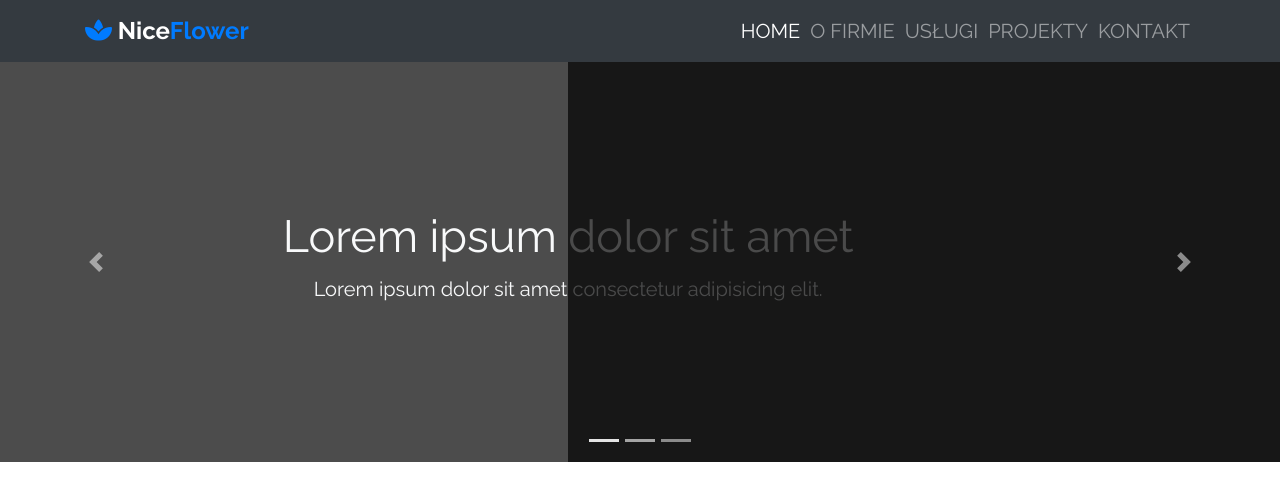
Repository: KrzysKolo/Projekt-13_Kwiaciarnia
Page: index.html
These files come from the project's save history. The page is drawn as it stood at one moment and after the next save; the edit follows.
The browser window is 1280 px wide. The pictures show the whole page.
Some web libraries are served in a nearby version.

Above is the page before, as saved 2020-08-08 07:44:45.

### index.html
<!DOCTYPE html>
<html lang="pl">
  <head>
    <meta charset="UTF-8" />
    <meta name="viewport" content="width=device-width, initial-scale=1.0" />
    <title>Nice-Flower</title>
    <script
      src="https://kit.fontawesome.com/21efeaf281.js"
      crossorigin="anonymous"
    ></script>

    <link
      rel="stylesheet"
      href="https://stackpath.bootstrapcdn.com/bootstrap/4.5.0/css/bootstrap.min.css"
      integrity="sha384-9aIt2nRpC12Uk9gS9baDl411NQApFmC26EwAOH8WgZl5MYYxFfc+NcPb1dKGj7Sk"
      crossorigin="anonymous"
    />
    <link
      href="https://fonts.googleapis.com/css2?family=Raleway:wght@400;700&display=swap"
      rel="stylesheet"
    />
    <link rel="stylesheet" href="style.css" />
  </head>
  <body>
    <nav class="navbar navbar-expand-lg navbar-dark bg-dark py-3">
      <div class="container">
        <a class="navbar-brand" href="#"
          ><i class="fas fa-spa text-primary"></i> Nice<span
            class="text-primary"
            >Flower</span
          ></a
        >
        <button
          class="navbar-toggler border-0"
          type="button"
          data-toggle="collapse"
          data-target="#navbarNavAltMarkup"
          aria-controls="navbarNavAltMarkup"
          aria-expanded="false"
          aria-label="Toggle navigation"
        >
          <i class="fas fa-bars px-4"></i>
        </button>
        <div class="collapse navbar-collapse" id="navbarNavAltMarkup">
          <div class="navbar-nav ml-auto">
            <a class="nav-link active" href="#"
              >Home <span class="sr-only">(current)</span></a
            >
            <a class="nav-link" href="abouteus.html">O firmie</a>
            <a class="nav-link" href="services.html">Usługi</a>
            <a class="nav-link" href="projects.html">Projekty</a>
            <a class="nav-link" href="contact.html">Kontakt</a>
          </div>
        </div>
      </div>
    </nav>

    <!-- HEADER -->

    <header>
      <div
        id="carouselExampleCaptions"
        class="carousel slide"
        data-ride="carousel"
      >
        <ol class="carousel-indicators">
          <li
            data-target="#carouselExampleCaptions"
            data-slide-to="0"
            class="active"
          ></li>
          <li data-target="#carouselExampleCaptions" data-slide-to="1"></li>
          <li data-target="#carouselExampleCaptions" data-slide-to="2"></li>
        </ol>
        <div class="carousel-inner text-dark text-center">
          <div class="carousel-item carousel-img-one active">
            <div
              class="carousel-text h-100 p-5 d-flex flex-column justyfy-content-end justify-content-md-center align-items-center"
            >
              <div class="hero-shadow"></div>
              <p class="display-3 text-light">Lorem ipsum dolor sit amet</p>
              <p class="d-none d-sm-block text-light">
                Lorem ipsum dolor sit amet consectetur adipisicing elit.
              </p>
            </div>
          </div>
          <div class="carousel-item carousel-img-two">
            <div
              class="carousel-text h-100 p-5 d-flex flex-column justyfy-content-end justify-content-md-center align-items-center"
            >
              <div class="hero-shadow"></div>
              <p class="display-3 text-light">Lorem ipsum dolor sit amet</p>
              <p class="d-none d-sm-block text-light">
                Lorem ipsum dolor sit amet consectetur adipisicing elit.
              </p>
            </div>
          </div>
          <div class="carousel-item carousel-img-three">
            <div
              class="carousel-text h-100 p-5 d-flex flex-column justyfy-content-end justify-content-md-center align-items-center"
            >
              <div class="hero-shadow"></div>
              <p class="display-3 text-light">Lorem ipsum dolor sit amet</p>
              <p class="d-none d-sm-block text-light">
                Lorem ipsum dolor sit amet consectetur adipisicing elit.
              </p>
            </div>
          </div>
        </div>
        <a
          class="carousel-control-prev"
          href="#carouselExampleCaptions"
          role="button"
          data-slide="prev"
        >
          <span class="carousel-control-prev-icon" aria-hidden="true"></span>
          <span class="sr-only">Previous</span>
        </a>
        <a
          class="carousel-control-next"
          href="#carouselExampleCaptions"
          role="button"
          data-slide="next"
        >
          <span class="carousel-control-next-icon" aria-hidden="true"></span>
          <span class="sr-only">Next</span>
        </a>
      </div>
    </header>
    <script
      src="https://code.jquery.com/jquery-3.5.1.slim.min.js"
      integrity="sha384-DfXdz2htPH0lsSSs5nCTpuj/zy4C+OGpamoFVy38MVBnE+IbbVYUew+OrCXaRkfj"
      crossorigin="anonymous"
    ></script>
    <script
      src="https://cdn.jsdelivr.net/npm/popper.js@1.16.0/dist/umd/popper.min.js"
      integrity="sha384-Q6E9RHvbIyZFJoft+2mJbHaEWldlvI9IOYy5n3zV9zzTtmI3UksdQRVvoxMfooAo"
      crossorigin="anonymous"
    ></script>
    <script
      src="https://stackpath.bootstrapcdn.com/bootstrap/4.5.0/js/bootstrap.min.js"
      integrity="sha384-OgVRvuATP1z7JjHLkuOU7Xw704+h835Lr+6QL9UvYjZE3Ipu6Tp75j7Bh/kR0JKI"
      crossorigin="anonymous"
    ></script>
  </body>
</html>

### style.css
* {
  box-sizing: border-box;
  margin: 0;
  padding: 0;
}
html {
  font-size: 62.5%;
}
body {
  font-family: "Raleway", sans-serif;
  font-size: 1.6rem;
}
.hero-shadow {
  position: absolute;
  top: 0;
  width: 200%;
  height: 100%;
  background-color: rgba(0, 0, 0, 0.7);
  z-index: -1;
}
/* ----------- */
/*  nawigacja  */
/* ----------- */
nav {
  font-size: 2rem;
  text-transform: uppercase;
}
.navbar-toggler {
  font-size: 3rem;
}
.navbar-brand {
  font-size: 2.4rem;
  font-weight: bold;
  text-transform: none;
}
/* ----------- */
/*    header   */
/* ----------- */
header {
  font-size: 2rem;
}
.carousel-item {
  position: relative;
  height: 400px;
  background-position: center;
  background-size: cover;
  z-index: 0;
}
.carousel-item-one {
  background-image: url(./img/b1m.jpg);
}
.carousel-item-two {
  background-image: url("./img/b2m.jpg");
}
.carousel-img-three {
  background-image: url("./img/b4m.jpg");
}

After the next save:
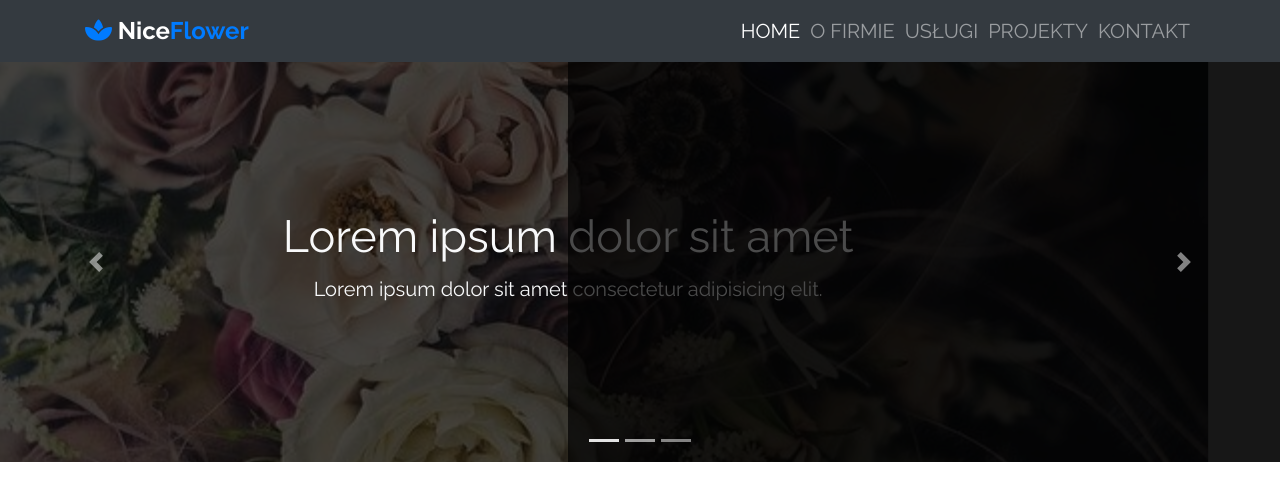
Saved 38 s later.
--- a/style.css
+++ b/style.css
@@ -46,10 +46,10 @@ header {
   background-size: cover;
   z-index: 0;
 }
-.carousel-item-one {
-  background-image: url(./img/b1m.jpg);
+.carousel-img-one {
+  background-image: url("./img/b1m.jpg");
 }
-.carousel-item-two {
+.carousel-img-twoe {
   background-image: url("./img/b2m.jpg");
 }
 .carousel-img-three {
